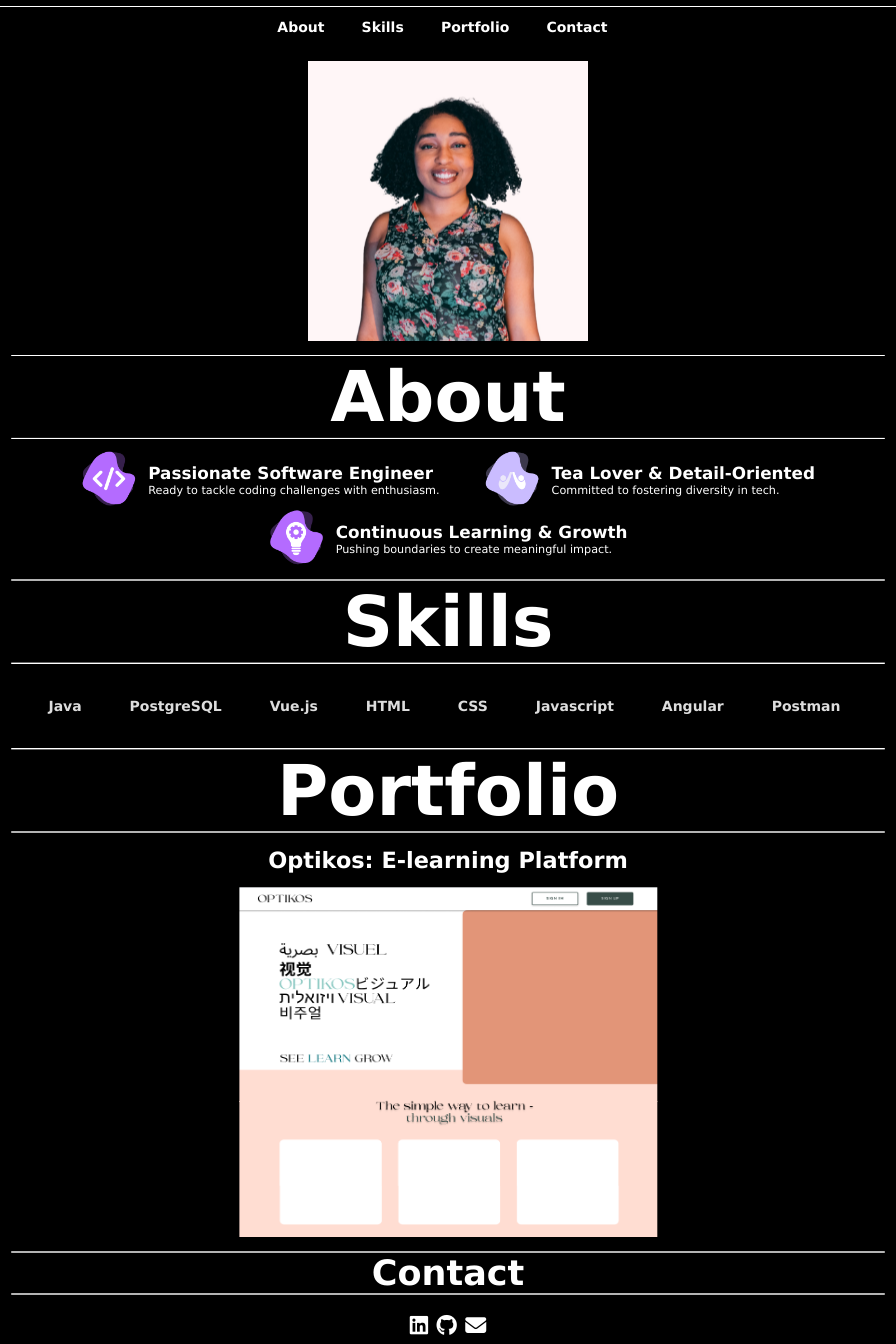
Repository: woodsdeshe/portfolio
Page: index.html
The author's editor kept a copy of each file at every save. The page is drawn from the files as they stood at one save, then again after the next save.
The browser window is 1280 px wide. The pictures show the part of the page from y = 792 to 2712 px (the page is 2712 px tall before and 2613 px after), at 70% of full size.
A picture or video elsewhere on the page could not be fetched, so the positions and the page height are approximate. Some web fonts or font styles are not loaded; a fallback is used. Some web libraries are served in a nearby version.

Above is the page before, as saved 2023-06-11 16:34:04.

### index.html
<!DOCTYPE html>
<html lang="en">
<head>
    <meta charset="UTF-8">
    <meta http-equiv="X-UA-Compatible" content="IE=edge">
    <meta name="viewport" content="width=device-width, initial-scale=1.0">
    <title>DeShe Woods | Software Engineer</title>
    <link rel="stylesheet" href="style.css">
    <link rel="stylesheet" href="https://cdnjs.cloudflare.com/ajax/libs/aos/2.3.4/aos.css" />
</head>
<body>
    <div class="container">
        <video autoplay muted loop>
            <source src="./images/pexels-crazy-motions-11738195-1920x1080-24fps.mp4" type="video/mp4">
        </video>
        <div class="header">
            <h1>DESHE WOODS</h1>
        </div>
    </div>
    <div class="subheader" data-aos="fade-up"
        <h3>SOFTWARE ENGINEER | VISUAL ARTIST</h3>
    </div>
    <nav class="navbar" data-aos="fade-up">
        <ul>
            <li><a href="#about">About</a></li>
            <li><a href="#skills">Skills</a></li>
            <li><a href="#portfolio">Portfolio</a></li>
            <li><a href="#contact">Contact</a></li>
        </ul>
    </nav>
    <div class="headshot" data-aos="fade-up">
        <img src="./images/Headshot.jpg" alt="Picture of DeShe Woods">
    </div>

    <div class="skills-header" data-aos="fade-up">
        <h1 id="skills">About</h1>
    </div>
    <div class="about-me">
        <div class="about-container">
            <div class="logo">
                <img src="./images/code-logo.png" alt="Software Engineer Logo">
            </div>
            <div class="about-content">
                <h2>Passionate Software Engineer</h2>
                <p>Ready to tackle coding challenges with enthusiasm.</p>
            </div>
        </div>
        <div class="about-container">
            <div class="logo">
                <img src="./images/diversity-logo.png" alt="Tea Lover Logo">
            </div>
            <div class="about-content">
                <h2>Tea Lover & Detail-Oriented</h2>
                <p>Committed to fostering diversity in tech.</p>
            </div>
        </div>
        <div class="about-container">
            <div class="logo">
                <img src="./images/gears-logo.png" alt="Continuous Learning Logo">
            </div>
            <div class="about-content">
                <h2>  Continuous Learning & Growth</h2>
                <p>Pushing boundaries to create meaningful impact.</p>
            </div>
        </div>
    </div>


    <div class="skills-header" data-aos="fade-up">
        <h1 id="skills">Skills</h1>
    </div>
    <div class="skills-content" data-aos="fade-up">
        <span class="skill">Java</span>
        <span class="skill">PostgreSQL</span>
        <span class="skill">Vue.js</span>
        <span class="skill">HTML</span>
        <span class="skill">CSS</span>
        <span class="skill">Javascript</span>
        <span class="skill">Angular</span>
        <span class="skill">Postman</span>
    </div>
    <div class="portfolio-header" data-aos="fade-up">
        <h1 id="portfolio">Portfolio</h1>
    </div>
    <div class="optikos" data-aos="fade-up">
        <h1>Optikos: E-learning Platform</h1>
        <img src="./images/Screenshot (6).png" alt="Screenshot of Optikos home page">
    </div>
    <div class="contact" id="contact">
        <h2>Contact</h2>
    </div>
   <footer>
    <a href="#"><i class="fa-brands fa-linkedin"></i></a>
    <a href="#"><i class="fa-brands fa-github"></i></a>
    <a href="#"><i class="fa-solid fa-envelope"></i></a>
   </footer>

   <script src="https://cdnjs.cloudflare.com/ajax/libs/jquery/3.6.0/jquery.min.js"></script>
   <script src="https://cdnjs.cloudflare.com/ajax/libs/aos/2.3.4/aos.js"></script>
   <script src="https://kit.fontawesome.com/4f5c76242c.js" crossorigin="anonymous"></script>
   <script>
     AOS.init();
   </script>
</body>
</html>

### style.css
@import url('https://fonts.googleapis.com/css2?family=Climate+Crisis&display=swap');

* {
    margin: 0;
    padding: 0;
    box-sizing: border-box;
}

body:not(.container) {
    background-color: #000;
    font-family: Verdana, Geneva, Tahoma, sans-serif;
    color: white;
    overflow-y: scroll;
}

.container {
    width: 100%;
    min-height: 100vh;
    position: relative;
    overflow: hidden;
}

.container video {
    height: 100%;
    width: 100%;
}

.header h1{
    font-family:'Climate Crisis', cursive, Verdana;
    font-size: 200px;
    font-weight: 900;
    text-align: center;
    color: white;
    position: absolute;
    top: 0;
    left:0;
    background: #000;
    height: 100%;
    width: 100%;
    display:flex;
    align-items: center;
    justify-content: center;
    flex-wrap: wrap;
    mix-blend-mode: multiply;
}

.subheader {
    border-top: 2px solid white;
    border-bottom: 2px solid white;
    padding: 1rem;
    text-align: center;
    font-size: 40px;
    font-weight: bold;
}

.navbar {
    background-color: #000;
    padding: 1rem;
    text-align: center;
}

.navbar ul {
    list-style-type: none;
}

.navbar li {
    display: inline-block;
    margin-right: 1rem;
}

.navbar a {
    text-decoration: none;
    color: white;
    font-size: 20px;
    font-weight: bold;
    padding: 0.5rem 1rem;
}

.navbar a:hover {
    background-color: #b46bff;
    border-radius: 5px;
    transition: background-color 0.3s ease;
}


.headshot img {
    height:400px;
    width: 400px;
    align-content: center;
    display:block;
    margin-left: auto;
    margin-right: auto;
    margin-top: 20px;
    margin-bottom: 20px;
}


.about-me {
    display: flex;
    flex-wrap: wrap;
    justify-content: center;
}

.about-container {
    display: flex;
    align-items: center;
    margin: 0 2rem;
}

.logo img {
    height: 80px;
    width: 80px;
}

.about-content {
    margin-left: 1rem;
}

.portfolio-header, .skills-header, .contact h2 {
    font-size: 50px;
    text-align: center;
    border-top: 2px solid white;
    border-bottom: 2px solid white;
    margin: 1rem
}

.skills-content {
    display: flex;
    flex-direction: row;
    justify-content: space-around;
    margin: 40px;
}

.skill {
    display: inline-block;
    padding: 8px 12px;
    margin-right: 10px;
    font-size: 20px;
    font-weight: bold;
    text-decoration: none;
    color: #ddd;
    border-radius: 4px;
    transition: background-color 0.3s ease;
  }

  .skill:hover {
    background-color: #b46bff;
    cursor: pointer;
  }


.portfolio {
    display: flex;
    flex-direction: column;
}

.optikos img {
   width: 597px;
   height: 500px;
   display: block;
   margin-left: auto;
    margin-right: auto;
    margin-bottom: 20px;
}


.optikos h1 {
    text-align: center;
    margin: 20px;
}

.optikos p {
    grid-area: "optikos-content";
}

.contact h2{
    font-size: 50px
}

footer {
    display: flex;
    justify-content: center;
    font-size: 20px;
}



footer a {
        box-shadow: inset 0 0 0 0
        #aac8ff;
        color: white;
        margin: 0 -.25rem;
        padding: 10px;
        transition: color .3s ease-in-out, box-shadow .3s ease-in-out;
        font-size: 30px;
}

footer a:hover {
    box-shadow: inset 100px 0 0 0 #bd78ff;
    color: white;
}

@media screen and (max-width: 768px) {
.container {
        min-height: auto;
        height: 100vh;
    }
    .container video {
        height: auto;
        width: 100%;
    }

    .about-me {
        flex-direction: column;
        align-items: center;
    }

    .about-container {
        margin: 1rem 0;
    }

    .about-content {
        margin-left: 0;
        margin-top: 1rem;
    }
}

body:not(.container) {
    overflow-x: hidden;
}

.aos-animate {
    transition-duration: 7s;
  }

After the next save:
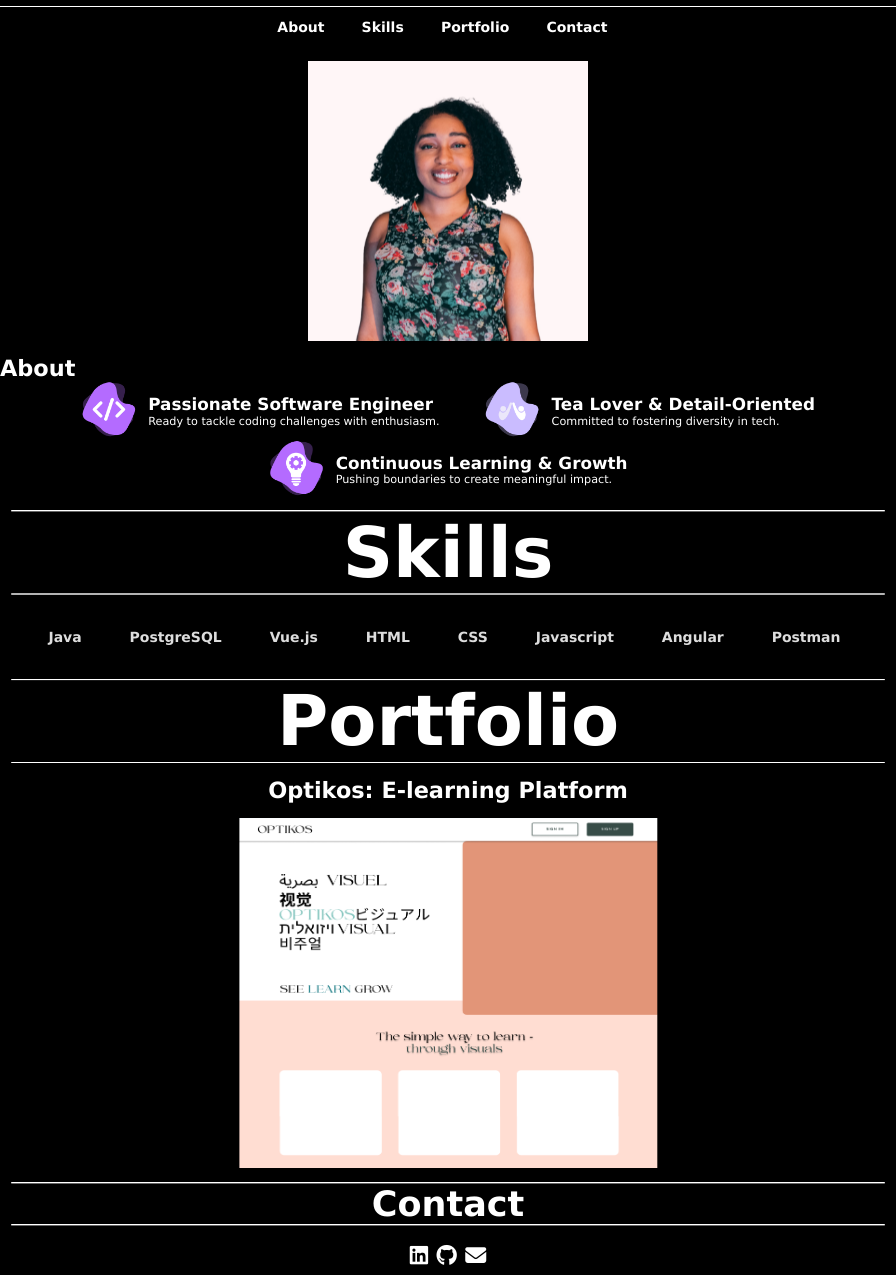
Saved 19 s later.
--- a/index.html
+++ b/index.html
@@ -32,7 +32,7 @@
         <img src="./images/Headshot.jpg" alt="Picture of DeShe Woods">
     </div>
 
-    <div class="skills-header" data-aos="fade-up">
+    <div class="about-header" data-aos="fade-up">
         <h1 id="skills">About</h1>
     </div>
     <div class="about-me">

After the save that followed:
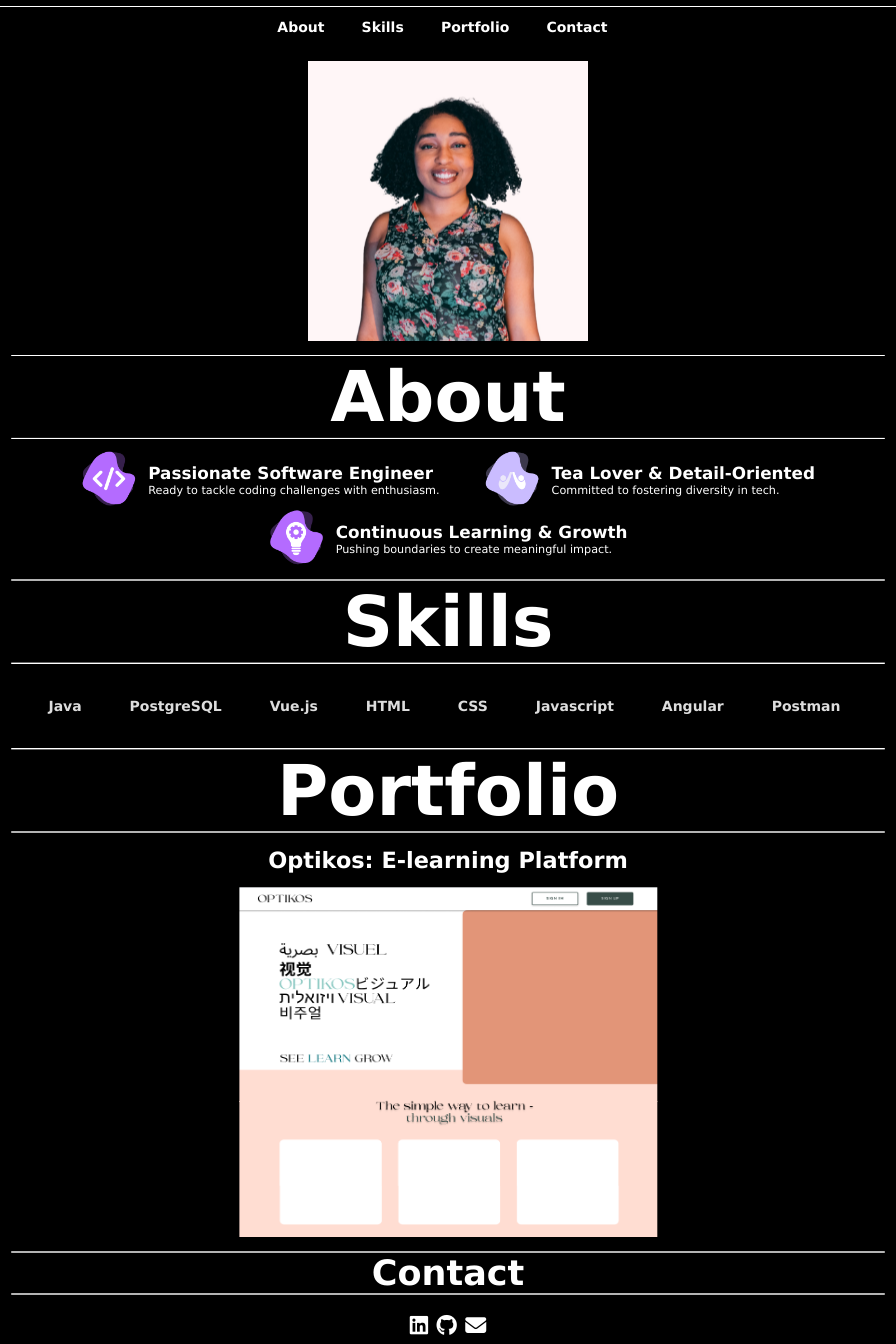
Saved 6 s later.
--- a/index.html
+++ b/index.html
@@ -32,7 +32,7 @@
         <img src="./images/Headshot.jpg" alt="Picture of DeShe Woods">
     </div>
 
-    <div class="about-header" data-aos="fade-up">
+    <div class="skills-header" data-aos="fade-up">
         <h1 id="skills">About</h1>
     </div>
     <div class="about-me">
